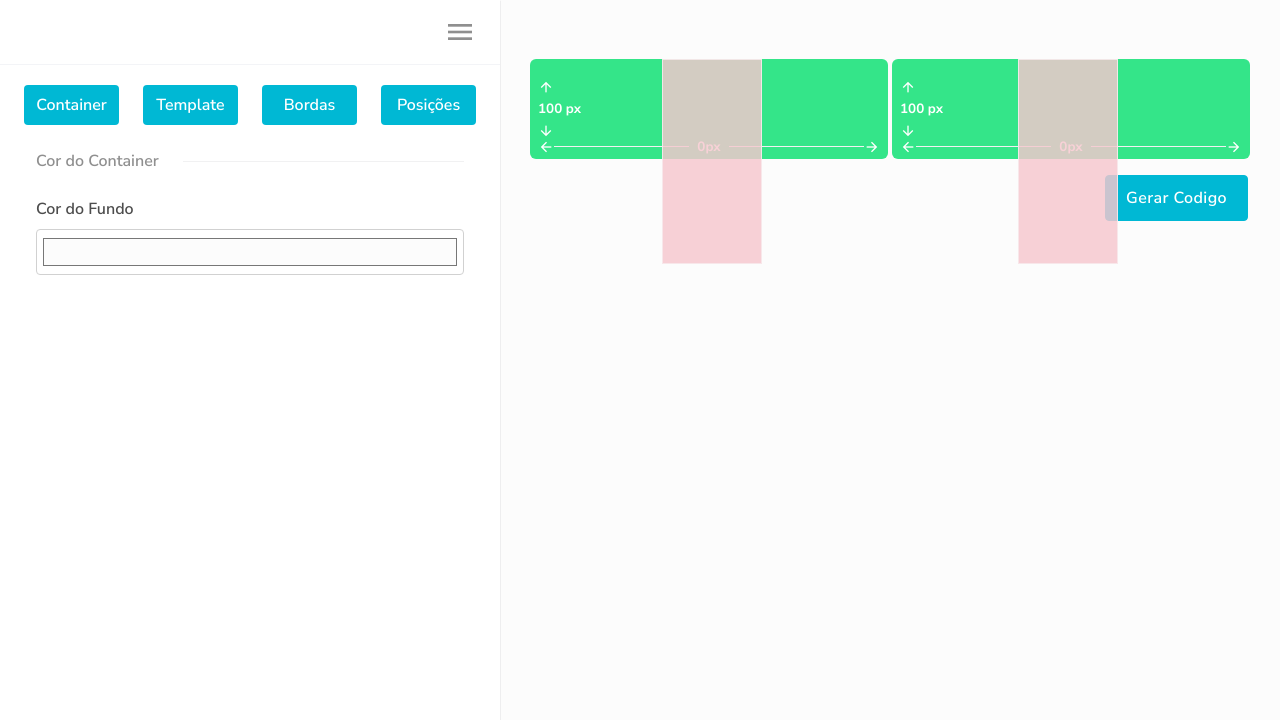
Repository: Flintdl/lowcode-elements
Page: /
The author's editor kept a copy of each file at every save. The page is drawn from the files as they stood at one save, then again after the next save.
The browser window is 1280 px wide. The pictures show the whole page.
The project was rebuilt for these pictures with package versions that can differ from the ones it lists, and the page was loaded fresh each time. Also part of the build but not shown: vue.config.js.

Above is the page before, as saved 2022-04-06 18:42:06.

After the next save:
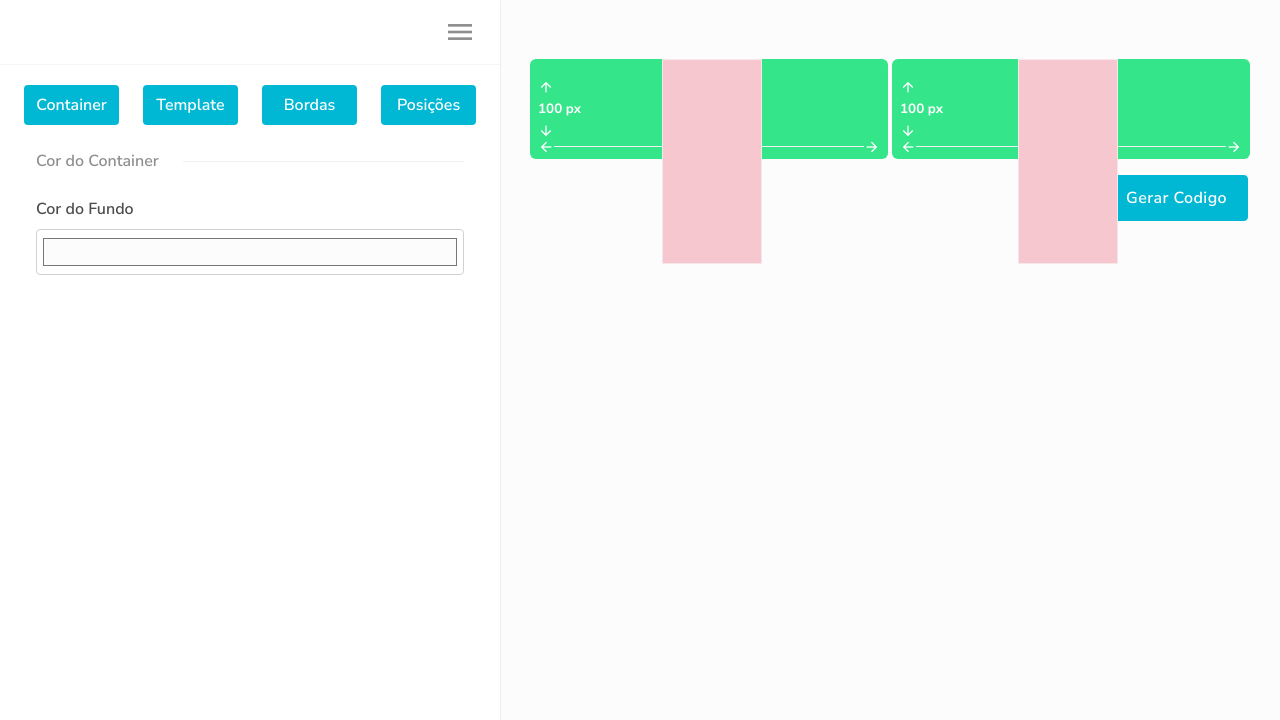
Saved 3 days later.
--- a/src/views/HomeView.vue
+++ b/src/views/HomeView.vue
@@ -17,7 +17,7 @@
                 v-bind:key="linha"
                 :style="widthProps1"
                 class="sf-display-block sf-position-relative"
-                v-for="linha of Number(quantidadeLinha)"
+                v-for="linha of 8"
               >
                 <div :style="widthProps" class="sf-position-absolute"></div>
               </span>
